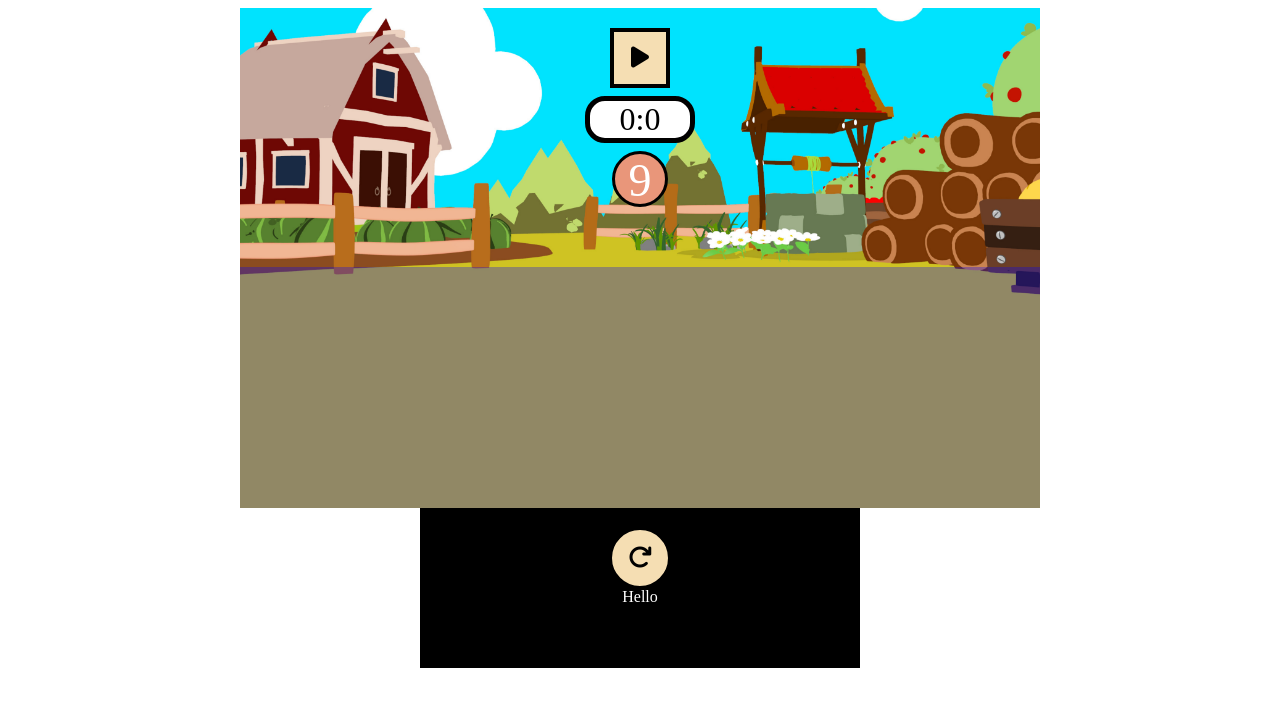
Repository: rumor1993/DreamCoding-Browser101
Page: Chapter07/ellie/index.html
An editor plug-in stored every save of this project. The page is shown before and after the next save, followed by the edit.
The browser window is 1280 px wide. The pictures show the whole page.
Some web libraries are served in a nearby version.

Above is the page before, as saved 2021-01-03 18:48:03.

After the next save:
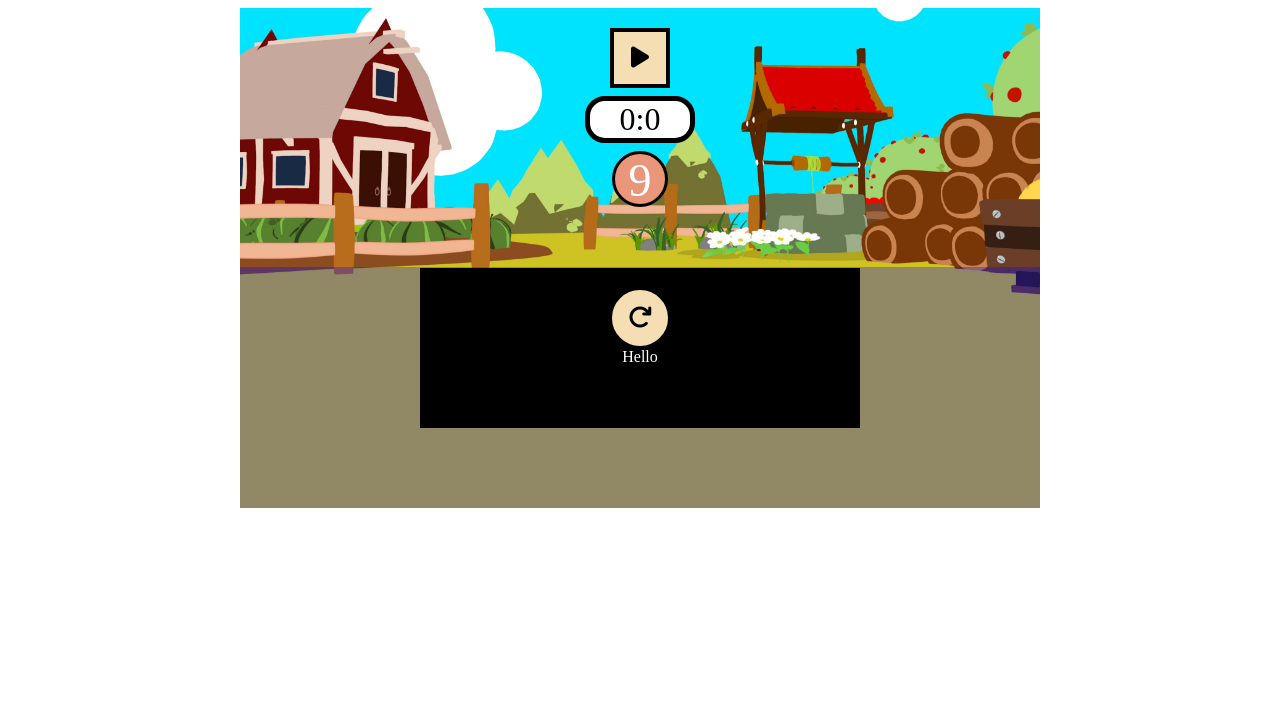
Saved 22 s later.
--- a/Chapter07/ellie/index.css
+++ b/Chapter07/ellie/index.css
@@ -75,6 +75,7 @@ body {
   background-color: black;
   color: white;
   text-align: center;
+  transform: translateY(-150%);
 }
 
 .pop-up-refresh {
